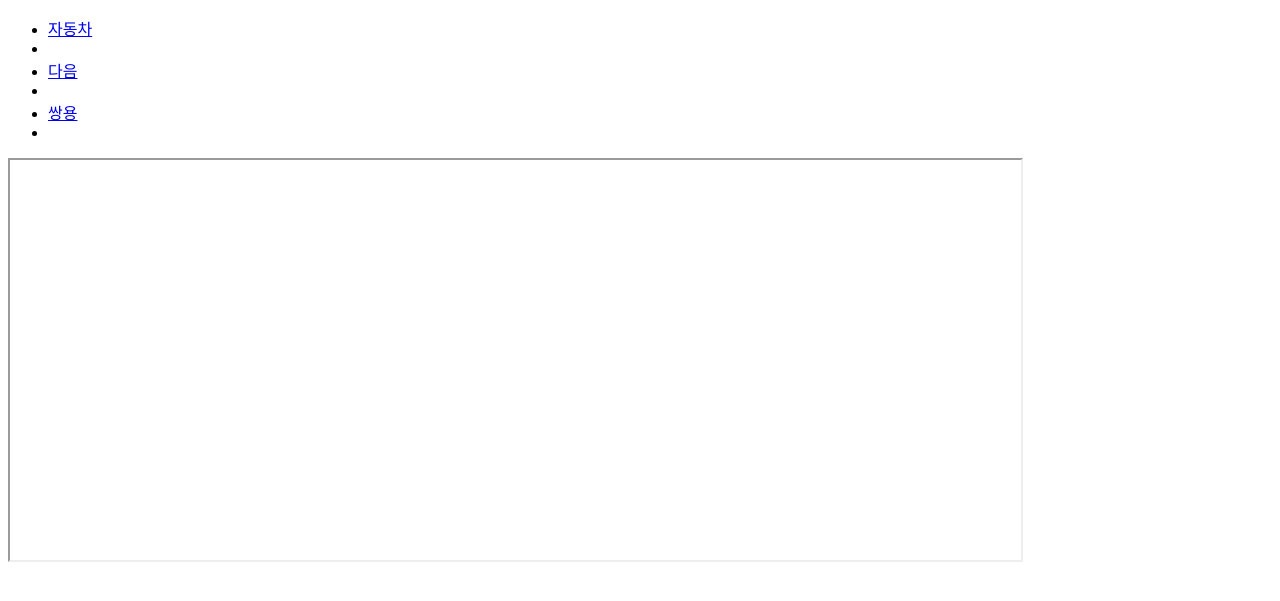
Repository: song-bean/Web_song
Page: 01_HTML/src/main/webapp/Ex07_iframe.html
An editor plug-in stored every save of this project. The page is shown before and after the next save, followed by the edit.
The browser window is 1280 px wide. The pictures show the whole page.

Above is the page before, as saved 2023-02-22 03:04:16.

### 01_HTML/src/main/webapp/Ex07_iframe.html
<!DOCTYPE html>
<html>
<head>
<meta charset="UTF-8">
<title>Ex07</title>
</head>
<body>
	<ul>
		<li><a href="Ex02_img.html" target="mainframe" >자동차</a><li>
		<li><a href="http://www.daum.net" target="mainframe">다음</a><li>
		<li><a href="https://www.sist.co.kr" target="mainframe">쌍용</a><li>
	</ul>

	<iframe width="80%" height="400" name="mainframe"></iframe>
</body>
</html>

After the next save:
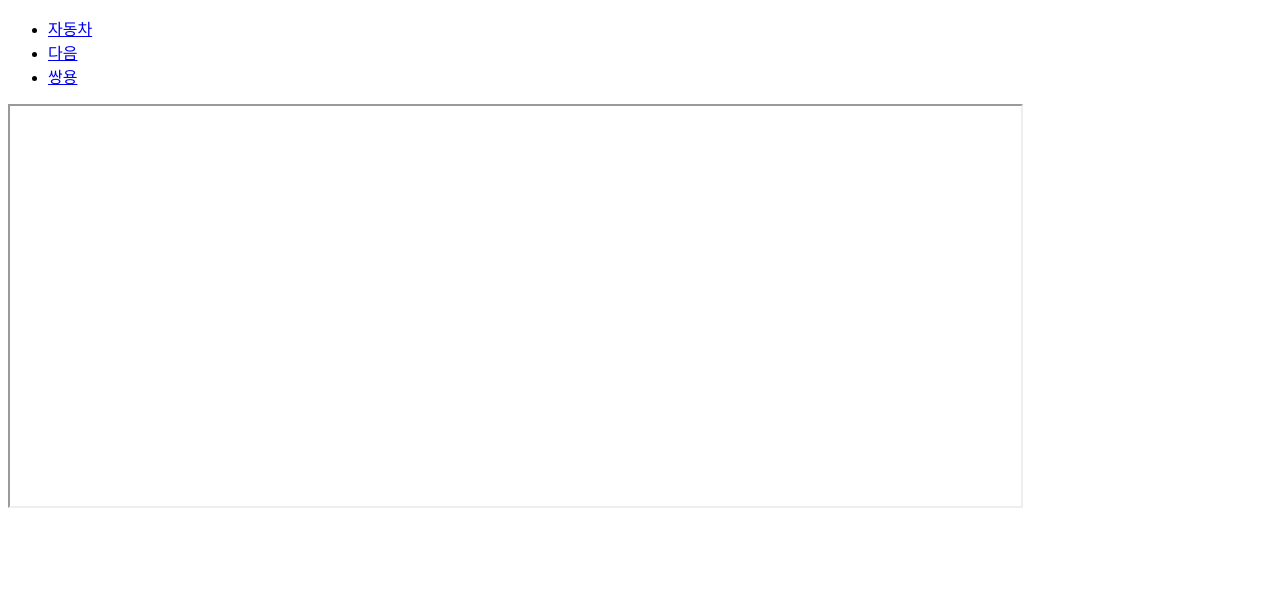
Saved 61 s later.
--- a/01_HTML/src/main/webapp/Ex07_iframe.html
+++ b/01_HTML/src/main/webapp/Ex07_iframe.html
@@ -6,9 +6,9 @@
 </head>
 <body>
 	<ul>
-		<li><a href="Ex02_img.html" target="mainframe" >자동차</a><li>
-		<li><a href="http://www.daum.net" target="mainframe">다음</a><li>
-		<li><a href="https://www.sist.co.kr" target="mainframe">쌍용</a><li>
+		<li><a href="Ex02_img.html" target="mainframe" >자동차</a></li>
+		<li><a href="http://www.daum.net" target="mainframe">다음</a></li>
+		<li><a href="https://www.sist.co.kr" target="mainframe">쌍용</a></li>
 	</ul>
 
 	<iframe width="80%" height="400" name="mainframe"></iframe>
